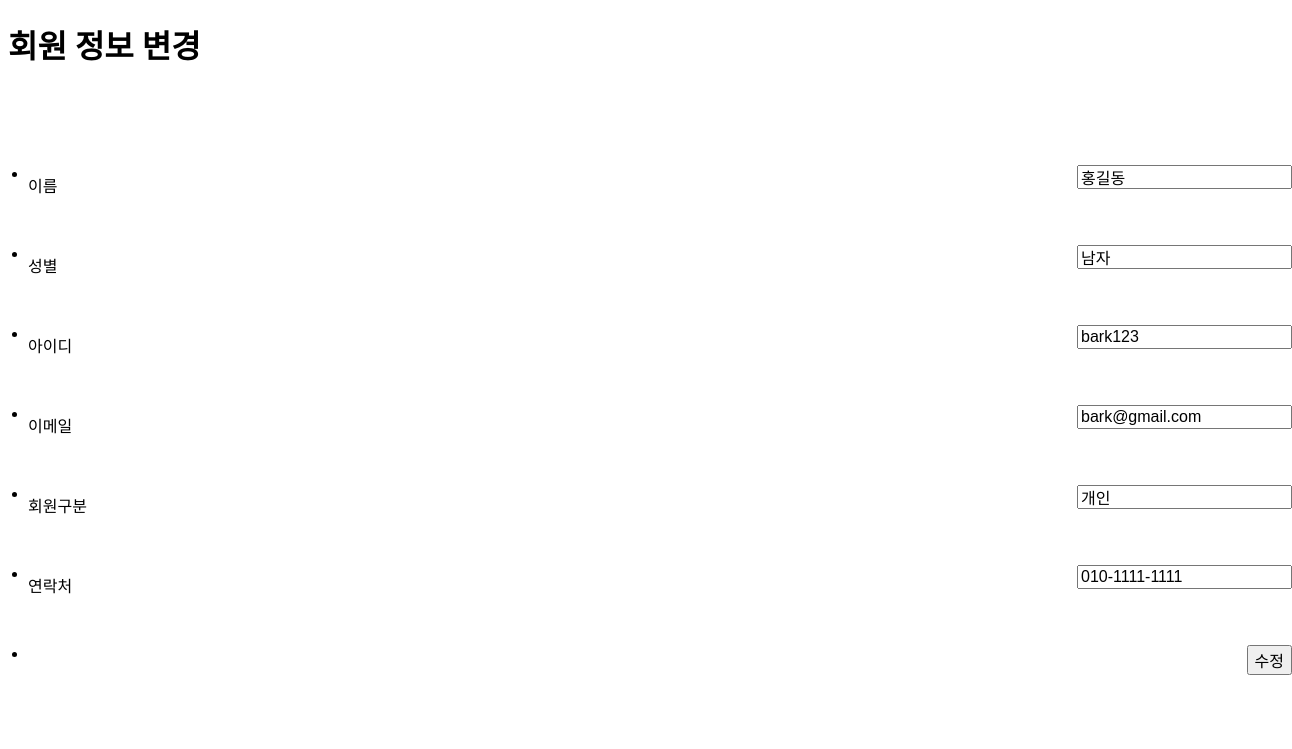
Repository: jngwk/Project-Bark
Page: http://localhost/Bark/include/userEditProfileFrm.jsp
The author's editor kept a copy of each file at every save. The page is drawn from the files as they stood at one save, then again after the next save.
The browser window is 1280 px wide. The page is 1292 px wide, so the pictures cover 1292 px, including what lies to the right of the window. The pictures show the whole page.
The page is served by Tomcat 9.

Above is the page before, as saved 2024-03-31 05:30:59.

After the next save:
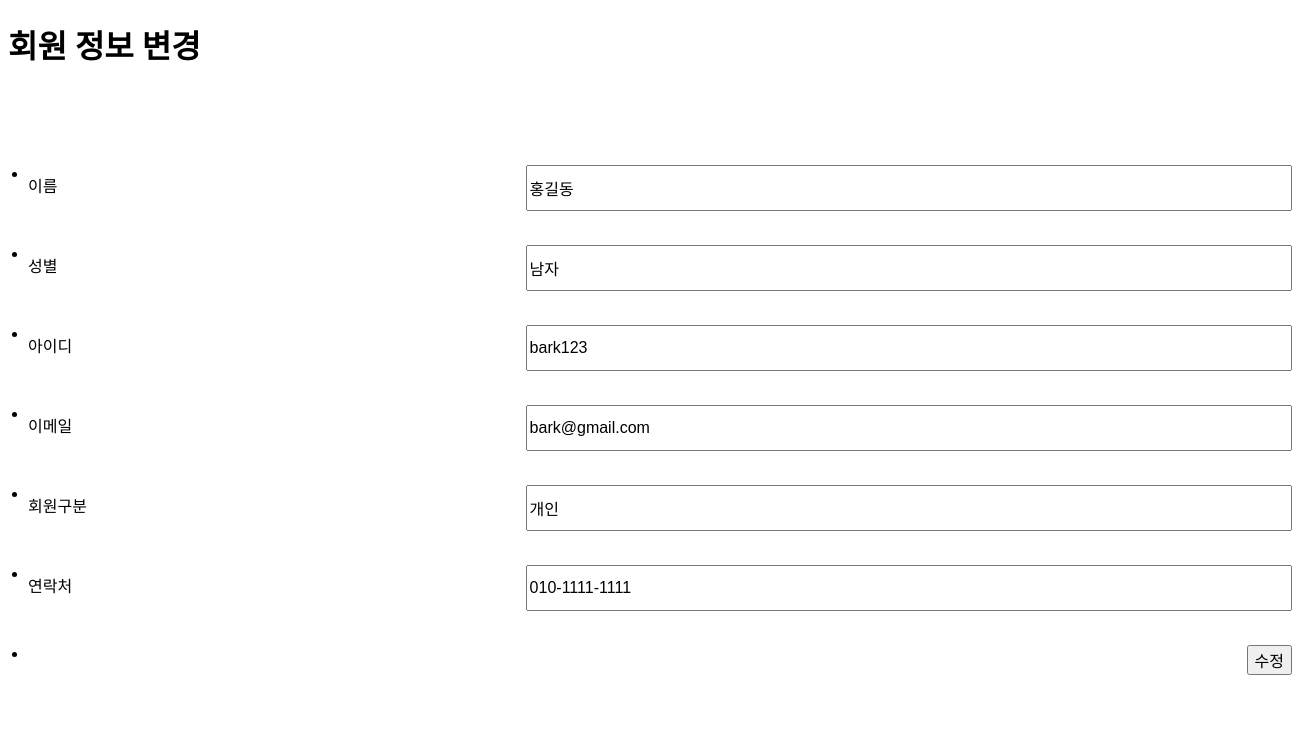
Saved 11 min 27 s later.
--- a/java_workspace/Bark/src/main/webapp/include/userEditProfileFrm.jsp
+++ b/java_workspace/Bark/src/main/webapp/include/userEditProfileFrm.jsp
@@ -16,27 +16,27 @@
 	<form class = "main_info" action="./userEditProfileProc.jsp" method="post">
 		<ul class = "info-list">
 			<li class="form-element"><span class="label-text">이름</span>
-			<input class="profile readonly" type="text" data-text-content="true"
+			<input class="profile-info readonly" type="text" data-text-content="true"
 			value="홍길동" readonly></li>
 
 			<li class="form-element"><span class="label-text">성별</span>
-			<input class="profile readonly" type="text" data-text-content="true"
+			<input class="profile-info readonly" type="text" data-text-content="true"
 			value="남자" readonly></li>
 
 			<li class="form-element"><span class="label-text">아이디</span>
-			<input class="profile readonly" type="text" data-text-content="true"
+			<input class="profile-info readonly" type="text" data-text-content="true"
 			value="bark123" readonly></li>
 
 			<li class="form-element"><span class="label-text">이메일</span>
-			<input class="profile" type="text" data-text-content="true"
+			<input class="profile-info" type="text" data-text-content="true"
 			value="bark@gmail.com" ></li>
 
 			<li class="form-element"><span class="label-text">회원구분</span>
-			<input class="profile readonly" type="text" data-text-content="true"
+			<input class="profile-info readonly" type="text" data-text-content="true"
 			value="개인" readonly></li>
 
 			<li class="form-element"><span class="label-text">연락처</span>
-			<input class="profile" type="text" data-text-content="true"
+			<input class="profile-info" type="text" data-text-content="true"
 			value="010-1111-1111" ></li>
 			<li class="form-element align-right">
 			<input type="submit" class="btn" value="수정" style="margin-left: 150px">
